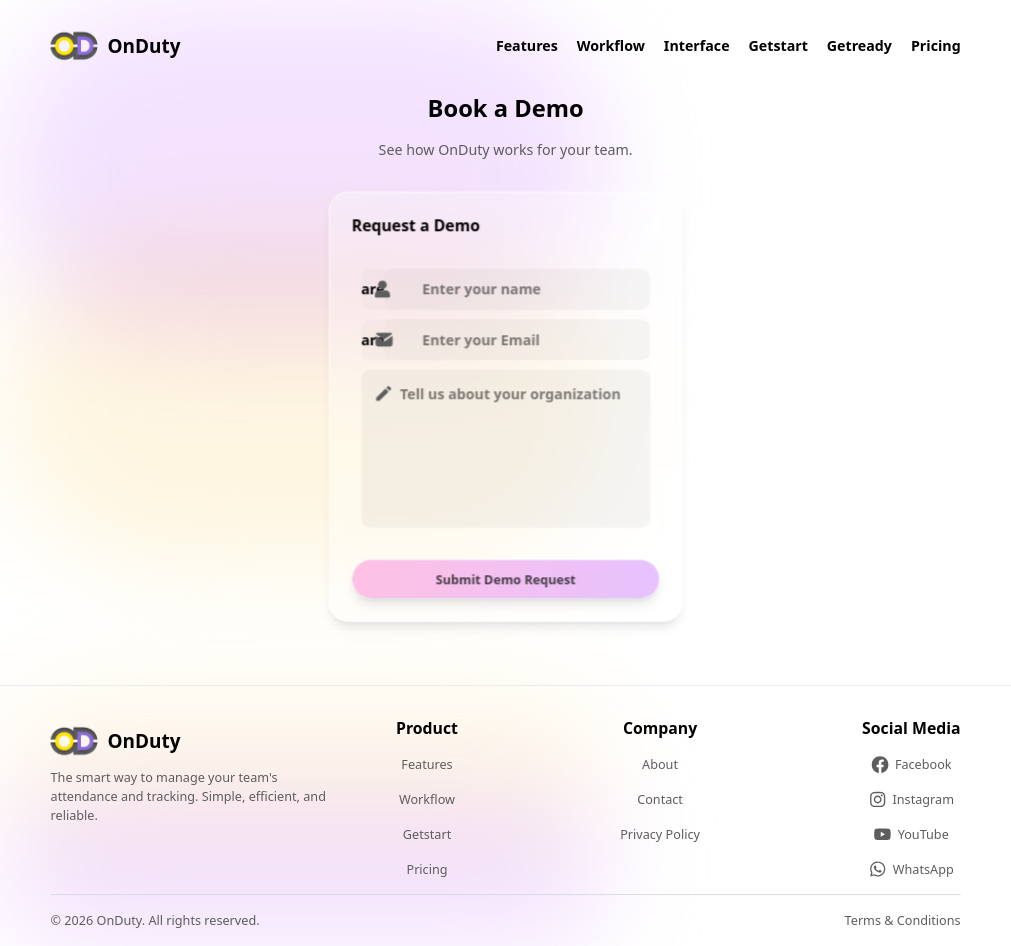
Repository: shekharzorin/ONDUTY-V1
Page: /bookdemo
An editor plug-in stored every save of this project. The page is shown before and after the next save, followed by the edit.
The browser window is 1280 px wide. The pictures show the whole page, at 79% of full size.
The project was rebuilt for these pictures with package versions that can differ from the ones it lists, and the page was loaded fresh each time. The framework's server and built-in components were replaced by stand-ins that run in the browser. Also part of the build but not shown: next.config.mjs, vite.config.js, app/components/ui/Crossicon.tsx.

Above is the page before, as saved 2026-01-17 18:39:24.

After the next save:
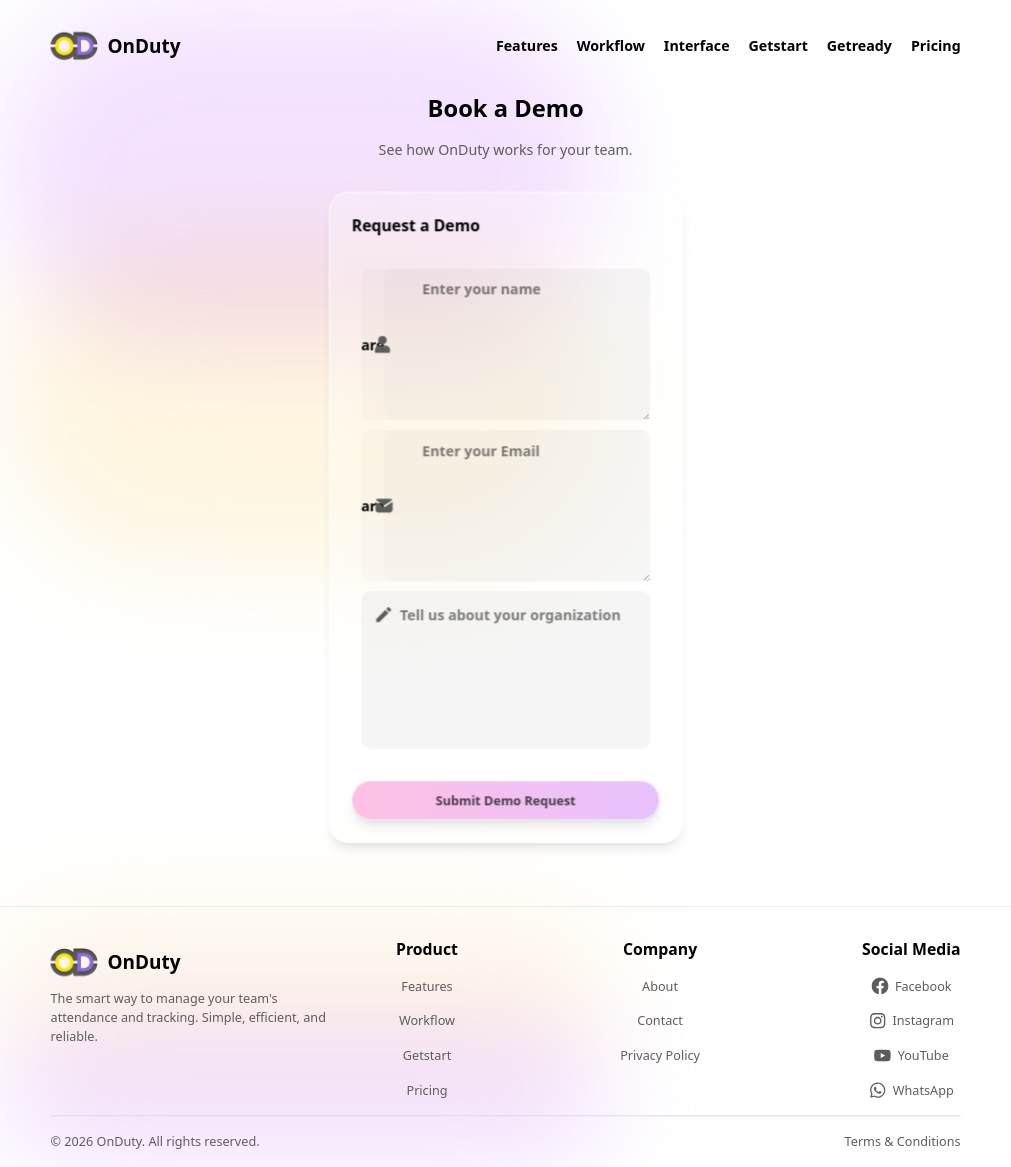
Saved 20 s later.
--- a/app/components/ui/Inputbox.tsx
+++ b/app/components/ui/Inputbox.tsx
@@ -44,12 +44,12 @@ const Inputbox = ({
           </span>
         )}are
 
-        <input
-          type={inputType}
+        <textarea
           placeholder={placeholder}
           value={value}
           onChange={(e) => onChange(e.target.value)}
           disabled={disabled}
+          rows={6}
           className={`w-full px-5 py-3  pl-12 pr-12 outline-none transition-all font-medium text-(--color-gray) ${
             disabled ? "bg-gray-100" : ""
           } ${className}`}
